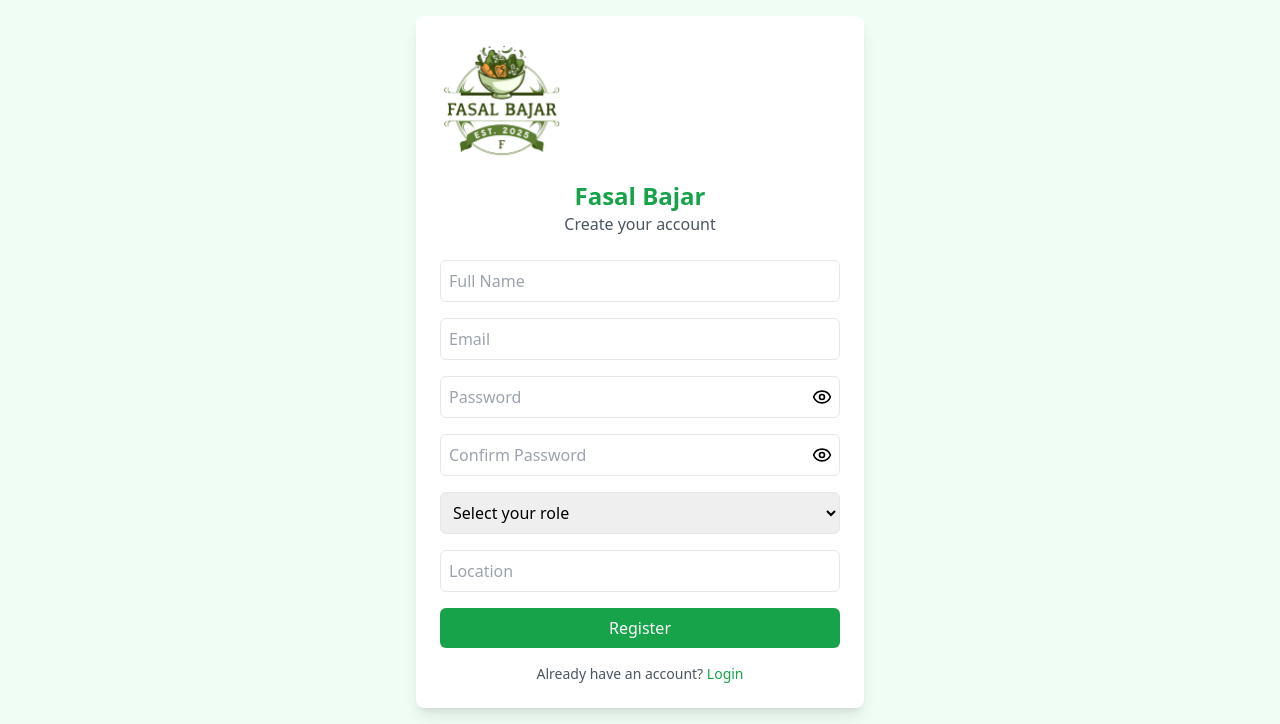
Repository: Dineshbhandari2023/FYP_Fasal_Bajar
Page: /register (app in Client/)
An editor plug-in stored every save of this project. The page is shown before and after the next save, followed by the edit.
The browser window is 1280 px wide. The pictures show the whole page.
The project was rebuilt for these pictures with package versions that can differ from the ones it lists, and the page was loaded fresh each time. Also part of the build but not shown: Client/vite.config.js, Client/src/Authentication/logIn.jsx, Client/src/Dashboard/dashboard.jsx.

Above is the page before, as saved 2025-02-17 19:52:07.

After the next save:
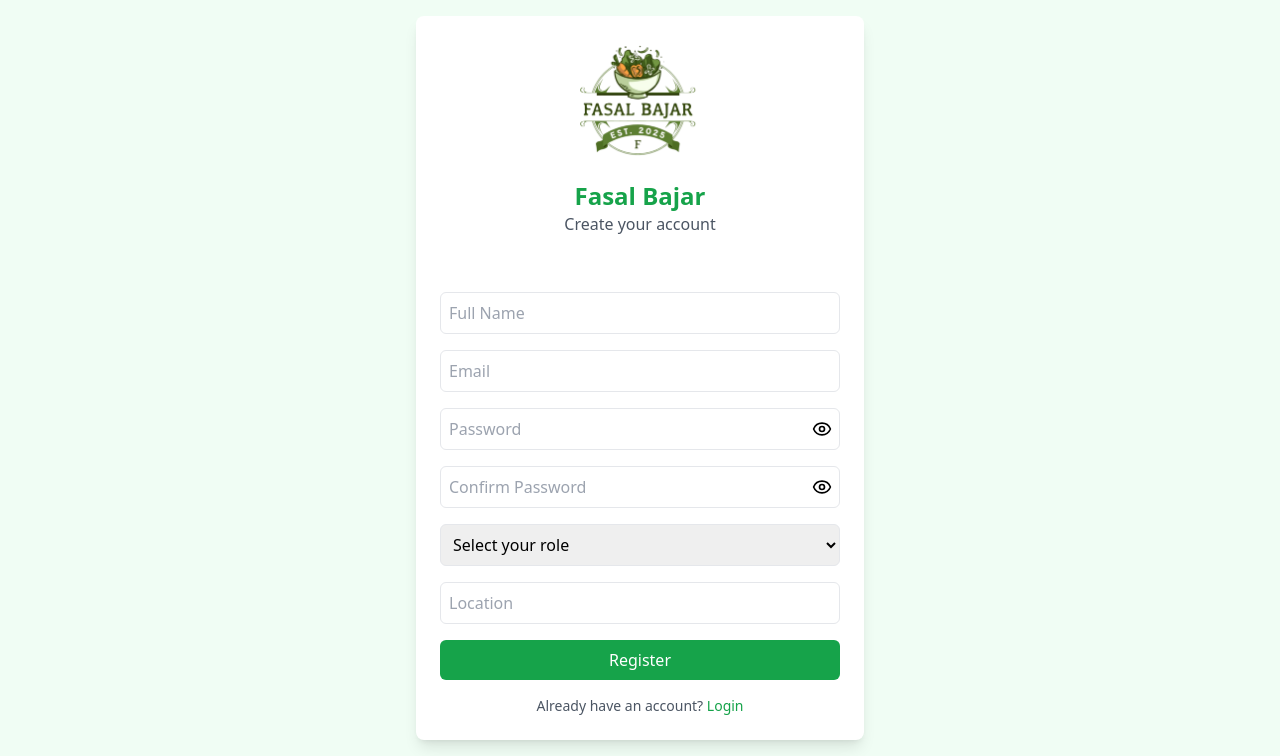
Saved 31 s later.
--- a/Client/src/Authentication/Register.jsx
+++ b/Client/src/Authentication/Register.jsx
@@ -73,7 +73,7 @@
   return (
     <div className="min-h-screen bg-green-50 flex items-center justify-center p-4">
       <div className="bg-white rounded-lg shadow-lg p-6 w-full max-w-md">
-        <div>
+        <div className="flex flex-col items-center mb-8">
           <div className="text-green-600 mb-3 h-32 w-32">
             <img src={logo} alt="fasal_Bajar logo" />
           </div>
